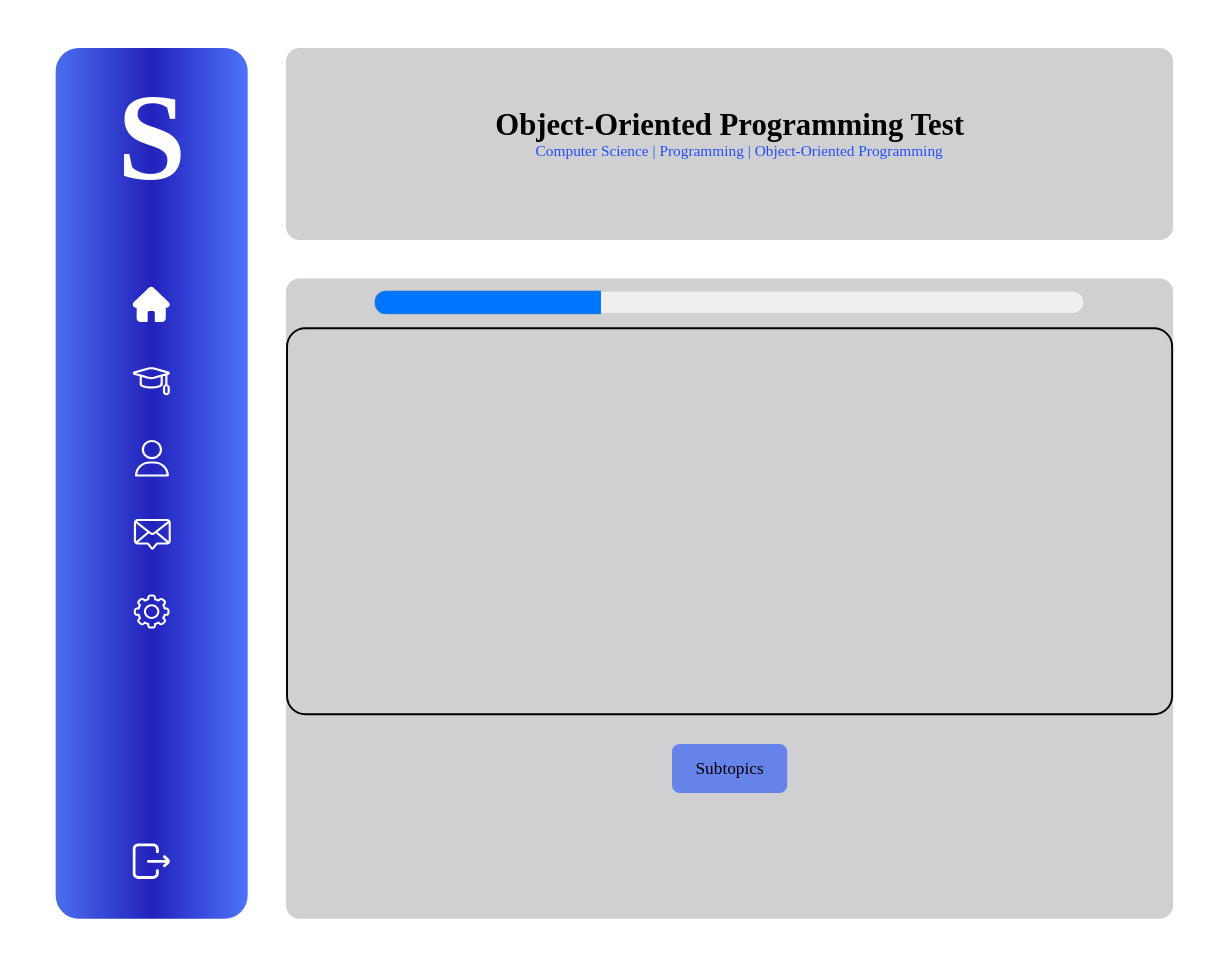
Repository: rafalzacher1/smartify-interface
Page: test.html
The author's editor kept a copy of each file at every save. The page is drawn from the files as they stood at one save, then again after the next save.
The browser window is 1280 px wide. The pictures show the whole page, at 96% of full size.
Some web fonts or font styles are not loaded; a fallback is used.

Above is the page before, as saved 2022-06-30 19:23:25.

### test.html
<!DOCTYPE html>
<html lang="en">

<head>
    <link rel="stylesheet" href="./styles/home.css">
    <link rel="stylesheet" href="./styles/navigation.css">
    <link rel="stylesheet" href="./styles/search.css">
    <link rel="stylesheet" href="./styles/test.css">
    <link rel="stylesheet" href="./styles/question.css">
    <link rel="stylesheet" href="https://cdnjs.cloudflare.com/ajax/libs/font-awesome/4.7.0/css/font-awesome.min.css">
    <link href='https://fonts.googleapis.com/css?family=Baloo Bhai' rel='stylesheet'>
</head>

<body>
    <div id="main-container">
        <div id="navigation-container">
            <h1>S</h1>

            <nav id="navigation-options">
                <svg width="27" height="25" viewBox="0 0 27 25" fill="none" xmlns="http://www.w3.org/2000/svg"
                    onclick="document.location='./index.html'">
                    <path
                        d="M25.5018 10.9867C25.5012 10.9862 25.5006 10.9856 25.5 10.985L14.8668 0.890976C14.4135 0.460518 13.8109 0.223389 13.17 0.223389C12.529 0.223389 11.9264 0.460329 11.473 0.890787L0.845318 10.9797C0.841738 10.9831 0.838158 10.9867 0.834579 10.9901C-0.0961545 11.8788 -0.0945635 13.3206 0.839153 14.207C1.26574 14.6122 1.82915 14.8469 2.43154 14.8714C2.456 14.8737 2.48066 14.8748 2.50552 14.8748H2.92932V22.3034C2.92932 23.7734 4.1892 24.9694 5.73803 24.9694H9.89809C10.3197 24.9694 10.6618 24.6449 10.6618 24.2444V18.4204C10.6618 17.7496 11.2365 17.204 11.9431 17.204H14.3968C15.1034 17.204 15.6782 17.7496 15.6782 18.4204V24.2444C15.6782 24.6449 16.02 24.9694 16.4419 24.9694H20.6019C22.1508 24.9694 23.4106 23.7734 23.4106 22.3034V14.8748H23.8036C24.4444 14.8748 25.047 14.6379 25.5006 14.2074C26.4353 13.3195 26.4357 11.8752 25.5018 10.9867V10.9867Z"
                        fill="white" />
                </svg>

                <svg width="29" height="22" viewBox="0 0 29 22" fill="none" xmlns="http://www.w3.org/2000/svg">
                    <path
                        d="M26.4228 13.5237V6.40629L26.734 6.31764C27.9305 5.97676 28.1816 5.39965 28.1816 4.97552C28.1816 4.55139 27.9304 3.97428 26.734 3.63356L16.4958 0.717713C15.8653 0.538127 15.0388 0.43924 14.1689 0.43924C13.299 0.43924 12.4726 0.538127 11.8419 0.717713L1.60382 3.63356C0.407257 3.97428 0.156067 4.55139 0.156067 4.97557C0.156067 5.3997 0.407202 5.97686 1.60376 6.31769L5.43281 7.4082V13.2841C5.43281 14.0138 5.93239 15.0416 8.31243 15.7947C9.88887 16.2936 11.9687 16.5683 14.1688 16.5683C16.3689 16.5683 18.4487 16.2936 20.0252 15.7947C22.4053 15.0415 22.9049 14.0138 22.9049 13.2841V7.40825L24.7806 6.87402V13.5237C23.7595 13.8501 23.0217 14.767 23.0217 15.8451V19.1846C23.0217 20.5351 24.179 21.6338 25.6017 21.6338C27.0242 21.6338 28.1816 20.5351 28.1816 19.1846V15.8451C28.1817 14.767 27.4439 13.8501 26.4228 13.5237ZM12.3137 2.21089C12.7886 2.07563 13.4647 1.9981 14.1689 1.9981C14.873 1.9981 15.5492 2.07563 16.024 2.21084L25.7315 4.97557L21.8438 6.08282C21.8416 6.08349 21.8394 6.08406 21.8372 6.08474L16.024 7.74036C15.5493 7.87556 14.8731 7.95309 14.169 7.95309C13.4649 7.95309 12.7886 7.87556 12.3138 7.74036L6.50073 6.08474C6.49849 6.08406 6.4963 6.08349 6.49405 6.08282L2.60639 4.97557L12.3137 2.21089ZM21.2629 11.2372C21.2629 13.3846 20.9647 13.8541 19.506 14.3157C18.0926 14.763 16.1971 15.0093 14.1689 15.0093C12.1406 15.0093 10.2452 14.763 8.83178 14.3157C7.37313 13.8541 7.07493 13.3845 7.07493 13.2841V7.87582L11.842 9.23348C12.4726 9.41307 13.299 9.51196 14.1689 9.51196C15.0388 9.51196 15.8652 9.41307 16.4959 9.23348L21.2629 7.87582V11.2372ZM26.5395 19.1845C26.5395 19.6754 26.1188 20.0748 25.6017 20.0748C25.0846 20.0748 24.6639 19.6755 24.6639 19.1845V15.845C24.6639 15.3541 25.0846 14.9546 25.6017 14.9546C26.1189 14.9546 26.5395 15.3541 26.5395 15.845V19.1845Z"
                        fill="white" />
                </svg>

                <svg width="24" height="26" viewBox="0 0 24 26" fill="none" xmlns="http://www.w3.org/2000/svg">
                    <path
                        d="M12.1698 0.827911C8.37379 0.827911 5.28546 3.75975 5.28546 7.36343C5.28546 10.9671 8.37379 13.899 12.1698 13.899C15.9659 13.899 19.0542 10.9671 19.0542 7.36343C19.0542 3.75975 15.9659 0.827911 12.1698 0.827911ZM12.1698 12.4466C9.21735 12.4466 6.81532 10.1663 6.81532 7.36343C6.81532 4.56057 9.21735 2.28025 12.1698 2.28025C15.1223 2.28025 17.5243 4.56057 17.5243 7.36343C17.5243 10.1663 15.1223 12.4466 12.1698 12.4466Z"
                        fill="white" />
                    <path
                        d="M20.7353 18.1686C18.8505 16.3518 16.3519 15.3513 13.6997 15.3513H10.64C7.98784 15.3513 5.48917 16.3518 3.60439 18.1686C1.72883 19.9765 0.695923 22.3628 0.695923 24.8883C0.695923 25.2894 1.03841 25.6145 1.46085 25.6145H22.8789C23.3013 25.6145 23.6438 25.2894 23.6438 24.8883C23.6438 22.3628 22.6109 19.9765 20.7353 18.1686ZM2.25944 24.1621C2.64267 20.043 6.25497 16.8036 10.64 16.8036H13.6997C18.0848 16.8036 21.6971 20.043 22.0803 24.1621H2.25944Z"
                        fill="white" />
                </svg>


                <svg width="27" height="23" viewBox="0 0 27 23" fill="none" xmlns="http://www.w3.org/2000/svg">
                    <path
                        d="M24.1913 0.381134H3.77551C2.23533 0.381134 0.9823 1.57067 0.9823 3.0328V15.7608C0.9823 17.223 2.23533 18.4125 3.77551 18.4125H10.353C10.4332 18.4125 10.5096 18.4491 10.5573 18.5105L12.957 21.5991C13.1975 21.9087 13.5678 22.0872 13.9729 22.089H13.979C14.3819 22.089 14.7514 21.9139 14.9937 21.608L17.4479 18.5087C17.4956 18.4484 17.5715 18.4124 17.6509 18.4124H24.1913C25.7315 18.4124 26.9845 17.2229 26.9845 15.7608V3.03276C26.9845 1.57063 25.7315 0.381134 24.1913 0.381134ZM25.4609 15.7608C25.4609 15.8747 25.4439 15.9848 25.4127 16.0892L17.5863 9.57636L25.4609 3.37251V15.7608ZM24.1913 1.8275C24.4235 1.8275 24.6413 1.88728 24.8287 1.99108L14.7964 9.8948C14.3265 10.265 13.6446 10.265 13.1747 9.8948L3.14064 1.98969C3.32753 1.88675 3.54433 1.8275 3.77551 1.8275H24.1913ZM2.55416 16.0892C2.52293 15.9848 2.50587 15.8747 2.50587 15.7608V3.36913L10.3826 9.57457L2.55416 16.0892ZM16.2301 17.6396L13.9808 20.4801L11.7834 17.6519C11.4498 17.2225 10.915 16.9661 10.3529 16.9661H3.81172L11.5698 10.5099L12.2017 11.0078C12.7186 11.415 13.3519 11.6185 13.9855 11.6185C14.6189 11.6185 15.2525 11.4148 15.7693 11.0078L16.399 10.5117L24.155 16.9661H17.6509C17.0952 16.9661 16.5641 17.2178 16.2301 17.6396Z"
                        fill="white" />
                </svg>

                <svg width="28" height="25" viewBox="0 0 28 25" fill="none" xmlns="http://www.w3.org/2000/svg">
                    <path
                        d="M14.8013 24.9227H13.1654C11.8422 24.9227 10.7657 23.9008 10.7657 22.6447V22.1193C10.2032 21.9486 9.65665 21.7333 9.13159 21.4753L8.73937 21.8477C7.7894 22.7506 6.2677 22.7241 5.34533 21.8473L4.18907 20.7497C3.26507 19.8735 3.23849 18.4294 4.18937 17.5277L4.58129 17.1556C4.30958 16.6571 4.08276 16.1384 3.90299 15.6043H3.34958C2.02648 15.6043 0.949951 14.5823 0.949951 13.3262V11.7731C0.949951 10.517 2.02648 9.4951 3.34963 9.4951H3.90304C4.08281 8.96103 4.30963 8.44223 4.58134 7.94378L4.18912 7.57148C3.2388 6.67028 3.26502 5.22602 4.18942 4.34942L5.34579 3.2517C6.2703 2.37283 7.79164 2.35089 8.73978 3.25199L9.13165 3.624C9.6567 3.3661 10.2032 3.15073 10.7658 2.98007V2.4547C10.7658 1.1986 11.8422 0.176666 13.1654 0.176666H14.8014C16.1245 0.176666 17.201 1.1986 17.201 2.4547V2.98012C17.7636 3.15073 18.3101 3.3661 18.8351 3.62405L19.2274 3.2517C20.1773 2.34876 21.699 2.37525 22.6214 3.25204L23.7777 4.34966C24.7017 5.22587 24.7283 6.66999 23.7774 7.57172L23.3854 7.94378C23.6572 8.44223 23.884 8.96098 24.0637 9.4951H24.6172C25.9403 9.4951 27.0168 10.517 27.0168 11.7731V13.3262C27.0168 14.5823 25.9403 15.6043 24.6172 15.6043H24.0637C23.884 16.1383 23.6572 16.6571 23.3854 17.1556L23.7777 17.5279C24.728 18.4291 24.7018 19.8734 23.7774 20.75L22.621 21.8477C21.6965 22.7266 20.1751 22.7485 19.227 21.8474L18.8351 21.4754C18.3101 21.7333 17.7636 21.9487 17.201 22.1193V22.6448C17.201 23.9008 16.1245 24.9227 14.8013 24.9227V24.9227ZM9.38692 19.9527C10.1163 20.3622 10.9014 20.6716 11.7203 20.8722C12.0575 20.9548 12.2931 21.2436 12.2931 21.5742V22.6447C12.2931 23.1013 12.6845 23.4727 13.1654 23.4727H14.8014C15.2824 23.4727 15.6737 23.1013 15.6737 22.6447V21.5742C15.6737 21.2436 15.9093 20.9548 16.2466 20.8722C17.0655 20.6716 17.8505 20.3622 18.5799 19.9527C18.8801 19.7842 19.2621 19.8301 19.5087 20.0641L20.3074 20.8224C20.6518 21.1497 21.2048 21.1421 21.5407 20.8227L22.6978 19.7243C23.0329 19.4066 23.0441 18.8815 22.6981 18.5535L21.899 17.7949C21.6525 17.5609 21.6042 17.1981 21.7817 16.9133C22.213 16.2208 22.5389 15.4756 22.7502 14.6981C22.8373 14.378 23.1414 14.1544 23.4897 14.1544H24.6172C25.0982 14.1544 25.4895 13.7829 25.4895 13.3263V11.7732C25.4895 11.3166 25.0982 10.9451 24.6172 10.9451H23.4897C23.1414 10.9451 22.8373 10.7214 22.7502 10.4013C22.5389 9.6239 22.213 8.87862 21.7817 8.18622C21.6042 7.90135 21.6525 7.53857 21.899 7.30454L22.6978 6.54626C23.0431 6.21886 23.0341 5.69397 22.6981 5.37541L21.5411 4.27707C21.2058 3.95827 20.6527 3.94894 20.3078 4.27678L19.5088 5.03535C19.2622 5.26942 18.88 5.31524 18.58 5.14675C17.8506 4.73724 17.0655 4.42786 16.2466 4.22724C15.9094 4.14464 15.6738 3.8559 15.6738 3.52526V2.4547C15.6738 1.99811 15.2824 1.62663 14.8014 1.62663H13.1655C12.6845 1.62663 12.2932 1.99811 12.2932 2.4547V3.52516C12.2932 3.8558 12.0576 4.14454 11.7203 4.22714C10.9014 4.42777 10.1164 4.73714 9.38697 5.14666C9.08679 5.3151 8.7047 5.26928 8.45818 5.03525L7.65948 4.27697C7.31511 3.94966 6.76205 3.95725 6.42619 4.27663L5.26911 5.37503C4.93401 5.69276 4.92281 6.21779 5.26881 6.54587L6.06787 7.30445C6.31438 7.53847 6.36265 7.90125 6.18522 8.18612C5.75385 8.87852 5.42801 9.62381 5.21667 10.4012C5.12961 10.7214 4.82547 10.945 4.47723 10.945H3.34963C2.86867 10.9451 2.47731 11.3165 2.47731 11.7731V13.3262C2.47731 13.7828 2.86867 14.1543 3.34963 14.1543H4.47718C4.82547 14.1543 5.12956 14.378 5.21662 14.6981C5.42796 15.4755 5.75385 16.2208 6.18517 16.9132C6.3626 17.1981 6.31433 17.5609 6.06782 17.7949L5.26906 18.5532C4.92378 18.8806 4.93279 19.4055 5.26876 19.724L6.42573 20.8224C6.76109 21.1412 7.31419 21.1505 7.65907 20.8226L8.45808 20.0641C8.63974 19.8917 9.01765 19.7454 9.38692 19.9527V19.9527Z"
                        fill="white" />
                    <path
                        d="M13.9834 17.9339C10.856 17.9339 8.31177 15.5185 8.31177 12.5497C8.31177 9.58082 10.856 7.16547 13.9834 7.16547C17.1107 7.16547 19.6549 9.58082 19.6549 12.5497C19.6549 15.5185 17.1107 17.9339 13.9834 17.9339ZM13.9834 8.61543C11.6982 8.61543 9.83912 10.3803 9.83912 12.5497C9.83912 14.719 11.6982 16.4839 13.9834 16.4839C16.2685 16.4839 18.1276 14.719 18.1276 12.5497C18.1276 10.3803 16.2685 8.61543 13.9834 8.61543Z"
                        fill="white" />
                </svg>


                <svg id="logout" width="27" height="26" viewBox="0 0 27 26" fill="none"
                    xmlns="http://www.w3.org/2000/svg">
                    <path
                        d="M18.5379 19.6672V21.6084C18.5379 23.7492 16.7034 25.4907 14.4484 25.4907H4.1734C1.91837 25.4907 0.0838623 23.7492 0.0838623 21.6084V4.52618C0.0838623 2.38541 1.91837 0.64386 4.1734 0.64386H14.4484C16.7034 0.64386 18.5379 2.38541 18.5379 4.52618V6.46734C18.5379 7.00343 18.0802 7.43792 17.5155 7.43792C16.9508 7.43792 16.4932 7.00343 16.4932 6.46734V4.52618C16.4932 3.45589 15.5758 2.58502 14.4484 2.58502H4.1734C3.04598 2.58502 2.12863 3.45589 2.12863 4.52618V21.6084C2.12863 22.6787 3.04598 23.5495 4.1734 23.5495H14.4484C15.5758 23.5495 16.4932 22.6787 16.4932 21.6084V19.6672C16.4932 19.1311 16.9508 18.6966 17.5155 18.6966C18.0802 18.6966 18.5379 19.1311 18.5379 19.6672ZM25.5083 11.4L23.2189 9.22667C22.8196 8.84753 22.1722 8.84753 21.773 9.22667C21.3736 9.60561 21.3736 10.2202 21.773 10.5991L23.4014 12.1452H11.1256C10.5609 12.1452 10.1032 12.5797 10.1032 13.1158C10.1032 13.6519 10.5609 14.0864 11.1256 14.0864H23.4014L21.773 15.6325C21.3736 16.0114 21.3736 16.626 21.773 17.005C21.9727 17.1945 22.2343 17.2893 22.4959 17.2893C22.7577 17.2893 23.0192 17.1945 23.2189 17.005L25.5083 14.8316C26.5049 13.8854 26.5049 12.3462 25.5083 11.4Z"
                        fill="white" />
                </svg>
            </nav>
        </div>

        <div id="test-container">
            <div id="test-container-header">
                <h1>Object-Oriented Programming Test</h1>
                <p>Computer Science | Programming | Object-Oriented Programming</p>
            </div>
        </div>

        <div id="question-container">
            <div id="progress">
                <progress id="questions" value="32" max="100"> 32% </progress>
            </div>

            <div id="question">

            </div>

            <div id="progress-container">
                <button id="question-button" class="question-option"
                    onclick="document.location='./topic.html'">Subtopics</button>
            </div>
        </div>
    </div>
</body>

</html>

### styles/home.css
#main-container {
    display: grid;
    grid-template-columns: 2fr 8fr 4fr;
    grid-template-rows: 200px 200px 200px;
    gap: 40px;
    margin: 50px;
}

### styles/navigation.css
#navigation-container {
  font-family: "Baloo Bhai";
  font-size: 26px;
  background: rgb(32, 80, 251);
  background: linear-gradient(
    90deg,
    rgba(30, 74, 233, 0.8) 0%,
    rgba(10, 10, 180, 0.9) 50%,
    rgba(32, 80, 251, 0.8) 100%
  );
  border-radius: 24px;
  width: 200px;
  height: 100%;
  text-align: center;
  display: inline-block;
  grid-column: 1;
  grid-row: 1 / 5;
}

#navigation-container h1 {
  font-family: "Baloo Bhai";
  font-size: 128px;
  color: #ffffff;
  margin: 0;
  padding-top: 20px;
  padding-bottom: 60px;
}

#navigation-options svg {
  margin-left: auto;
  margin-right: auto;
  display: block;
  padding: 20px;
  height: 40px;
  width: 40px;
}

#navigation-options svg:hover {
  opacity: 0.4;
  cursor: pointer;
}

#logout {
  margin-top: 180px;
  margin-bottom: 20px;
}

### styles/search.css
#search-container {
  grid-column: 3;
  grid-row: 1;
}

#search-container h2 {
  font-family: "Baloo Bhai";
  font-size: 16px;
}

form.example input[type="text"] {
  padding: 10px;
  font-size: 17px;
  border: 1px solid grey;
  float: left;
  width: 70%;
  background: #f1f1f1;
  border-radius: 15px 0 0 15px;
  font-family: "Baloo Bhai";
  font-size: 32px;
}

form.example button {
  float: left;
  width: 20%;
  padding: 10px;
  background: #2050fb;
  opacity: 0.6;
  color: white;
  font-size: 17px;
  border: 1px solid grey;
  border-left: none;
  cursor: pointer;
  border-radius: 0 15px 15px 0;
  font-family: "Baloo Bhai";
  font-size: 32px;
  box-sizing: border-box;
}

form.example button:hover {
  opacity: 1;
}

form.example::after {
  content: "";
  clear: both;
  display: table;
}

### styles/test.css
#test-container {
  grid-column: 2 / 4;
  grid-row: 1;
  background-color: #d0d0d3;
  border-radius: 14px;
}

#test-container h1 {
  font-family: "Baloo Bhai";
  font-size: 32px;
  margin-bottom: 0;
}

#test-container p {
  color: #2050fb;
  font-family: "Baloo Bhai";
  font-size: 16px;
  margin-top: 0;
  padding-left: 20px;
}

#test-container-header {
  text-align: center;
  margin-top: 62px;
  margin-bottom: 62px;
}

### styles/question.css
#question-container {
  grid-column: 2 / 4;
  grid-row: 2 / 5;
  background-color: #d0d0d3;
  border-radius: 14px;
}

#progress {
  width: 80%;
  margin-left: auto;
  margin-right: auto;
}

.question-option,
input[type="submit"],
input[type="reset"] {
  background: none;
  color: inherit;
  border: none;
  padding: 0;
  font: inherit;
  cursor: pointer;
  outline: inherit;
  width: 30%;
  font-family: "Baloo Bhai";
  font-size: 18px;
}

#question {
    height: 400px;
    border: 2px solid #000000;
    border-radius: 20px;
}

#progress-container {
    text-align: center;
}

#question-button {
  width: 120px;
  margin: 30px 20px;
  border-radius: 8px;
  padding: 15px;
  background-color: rgba(32, 80, 251, 0.6);
}

#question-button:hover {
  background-color: rgba(32, 80, 251, 1);
}

#questions {
  width: 100%;
  height: 50px;
}

After the next save:
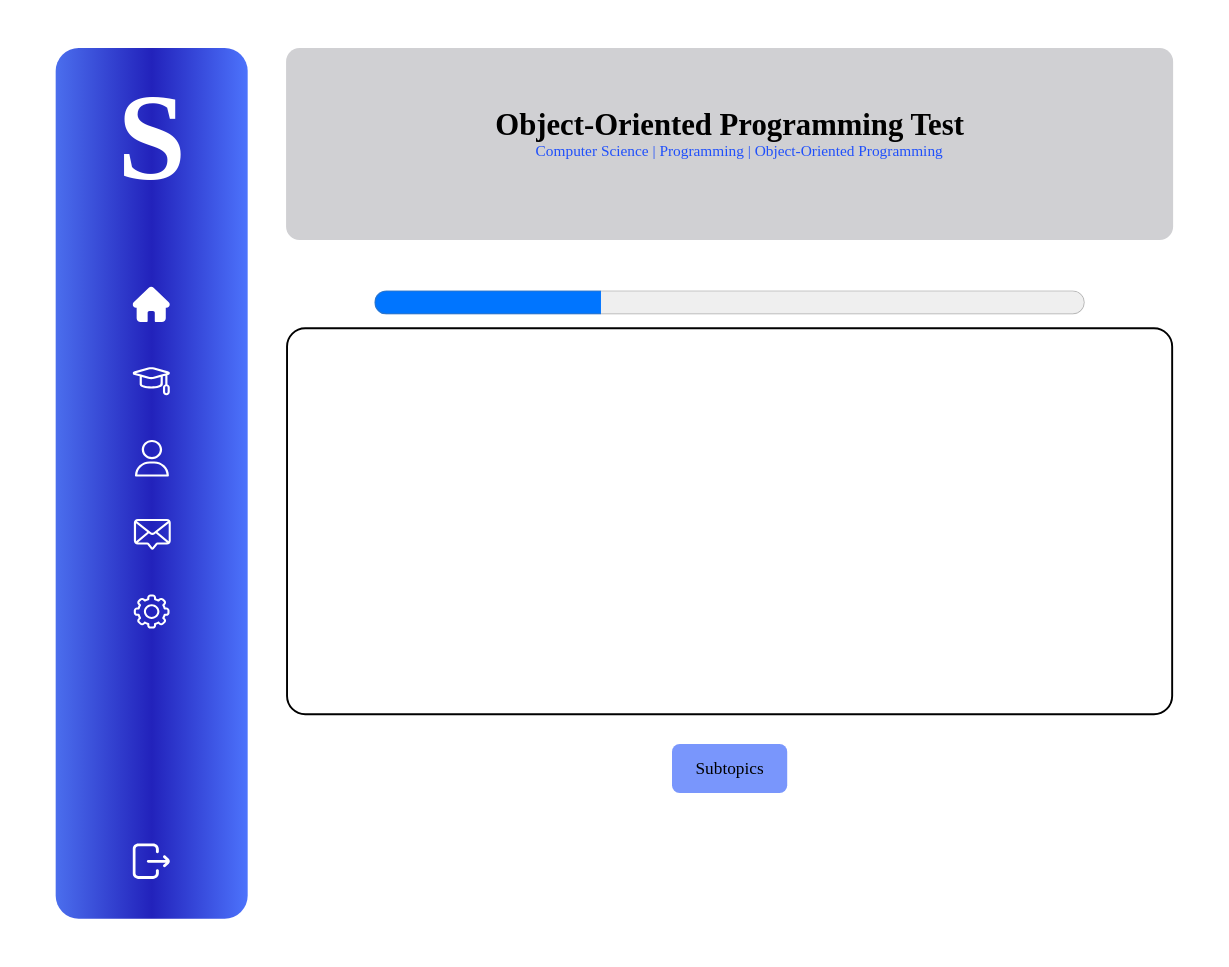
Saved 6 s later.
--- a/styles/question.css
+++ b/styles/question.css
@@ -1,8 +1,6 @@
 #question-container {
   grid-column: 2 / 4;
   grid-row: 2 / 5;
-  background-color: #d0d0d3;
-  border-radius: 14px;
 }
 
 #progress {
